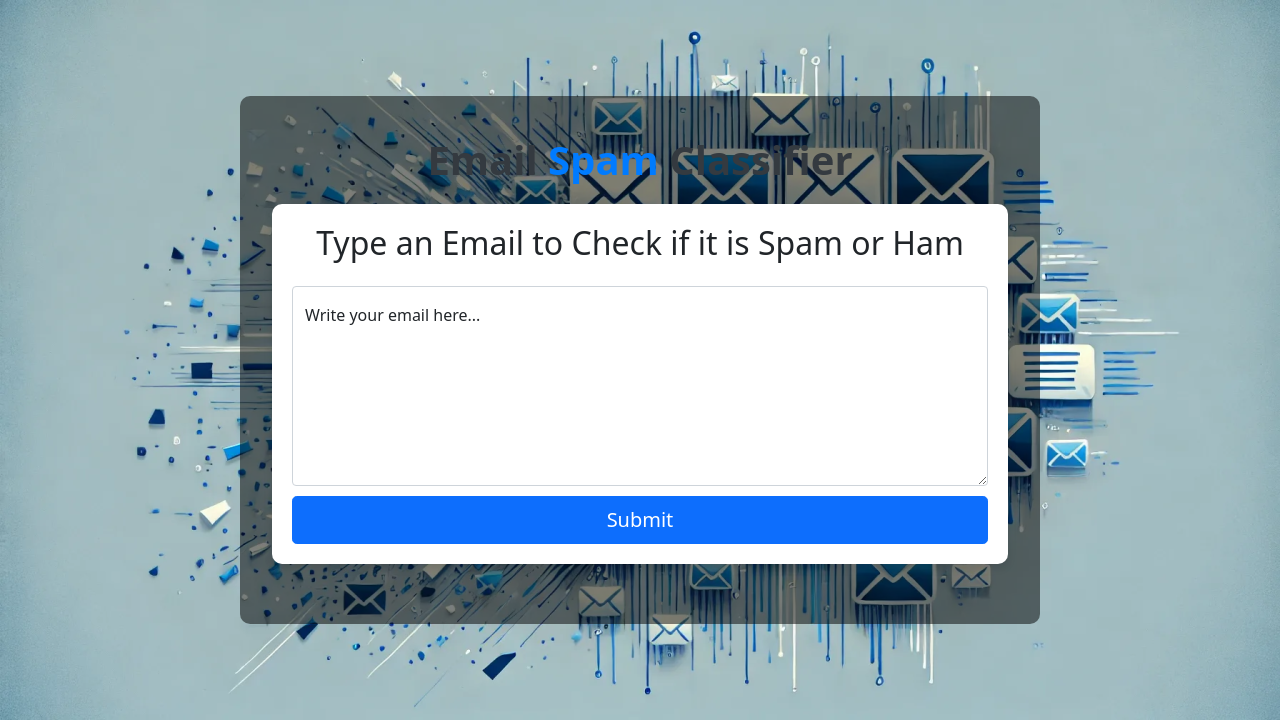
Repository: Pradnya-07/Spam_Email_Detection
Page: templates/index.html
An editor plug-in stored every save of this project. The page is shown before and after the next save, followed by the edit.
The browser window is 1280 px wide. The pictures show the whole page.
The page is served by the project's application, run on Flask 3 (app.py). The template is opened directly, without the code that normally fills it, so the values that code supplies are empty.

Above is the page before, as saved 2025-05-02 16:03:58.

### templates/index.html
<!doctype html>
<html lang="en">

<head>
  <!-- Required meta tags -->
  <meta charset="utf-8">
  <meta name="viewport" content="width=device-width, initial-scale=1">

  <!-- Bootstrap CSS -->
  <link href="https://cdn.jsdelivr.net/npm/bootstrap@5.0.0-beta2/dist/css/bootstrap.min.css" rel="stylesheet"
    integrity="sha384-BmbxuPwQa2lc/FVzBcNJ7UAyJxM6wuqIj61tLrc4wSX0szH/Ev+nYRRuWlolflfl" crossorigin="anonymous">

  <title>Email Spam Classifier</title>

  <style>
   .background {
    background-image: url("{{ url_for('static', filename='images/spamimg.png') }}");
    background-size: cover;
    background-position: center;
    height: 100vh;
    display: flex;
    justify-content: center;
    align-items: center;
  }

  .content {
      background-color: rgba(0, 0, 0, 0.5);
      padding: 20px;
      border-radius: 10px;
      width: 80%;
      max-width: 800px;
    }

    .navbar {
      margin-bottom: 20px;
    }

    .form-container {
      max-width: 800px;
      margin: auto;
      background: #ffffff;
      padding: 20px;
      border-radius: 10px;
      box-shadow: 0 4px 8px rgba(0, 0, 0, 0.1);
    }

    .btn-primary {
      margin-top: 10px;
      transition: background-color 0.3s ease;
    }

    .btn-primary:hover {
      background-color: #0056b3;
    }

    .page-title {
      text-align: center;
      font-size: 2.5rem;
      font-weight: bold;
      color: #343a40;
      margin-top: 20px;
      margin-bottom: 20px;
    }

    .page-title span {
      color: #007bff;
    }

    .container {

      margin-bottom: 40px;
    }

    .spam-image {
      max-width: 100%;
      height: auto;
      margin-top: 20px;
      border: 1px solid #ddd;
      border-radius: 4px;
    }

    body,
    html {
      margin: 0;
      padding: 0;
      height: 100%;
    }


  </style>
</head>

<body>

  <div class="background">
    <div class="content">

      <!-- Title -->
      <div class="container">

        <h1 class="page-title">Email <span>Spam</span> Classifier</h1>


        <!-- Input form -->
        <div class="form-container">
          <h2 class="text-center mb-4">Type an Email to Check if it is Spam or Ham</h2>

          <form action="/" method="POST">
            <div class="form-floating">
              <textarea class="form-control" placeholder="Write your mail here.." id="email" name="email"
                style="height: 200px"></textarea>
              <label for="email">Write your email here...</label>
            </div>
            <button class="w-100 btn btn-lg btn-primary">Submit</button>
          </form>
        </div>
      </div>
    </div>
  </div>
</body>

</html>

### app.py
from flask import Flask
from flask import render_template,request

app = Flask(__name__)


@app.route("/")
def home():
    content = 'Flask-Jinja-Test'
    return render_template(
        "hello.html",
        title='Hello',
        content=content
    )


@app.route('/', methods=["GET", "POST"])
def main_function():
    if request.method == "POST":
        text = request.form
        emails = text['email']
        output = "Received: " + emails
        return render_template("show.html", prediction=output)
    else:
        return render_template("index.html")

@app.route("/handled")
def bad_route_handled():
    try:
        raise ArithmeticError('Hello')
    except Exception:
        pass
    return render_template(
        "hello.html",
        title='Hello',
        content='Flask-Jinja-Test'
    )


@app.route("/unhandled")
def bad_route_unhandled():
    raise ArithmeticError('Hello')
    return render_template(
        "hello.html",
        title='Hello',
        content='Flask-Jinja-Test'
    )


@app.route("/bad_template")
def bad_template():
    return render_template(
        "bad.html",
        title='Bad',
       content='Flask-Jinja-Test'
    )


@app.route("/exit")
def exit_app():
    from flask import request
    func = request.environ.get('werkzeug.server.shutdown')
    if func is None:
        raise RuntimeError('No shutdown')
    func()
    return 'Done'


if __name__ == '__main__':
    app.run()

After the next save:
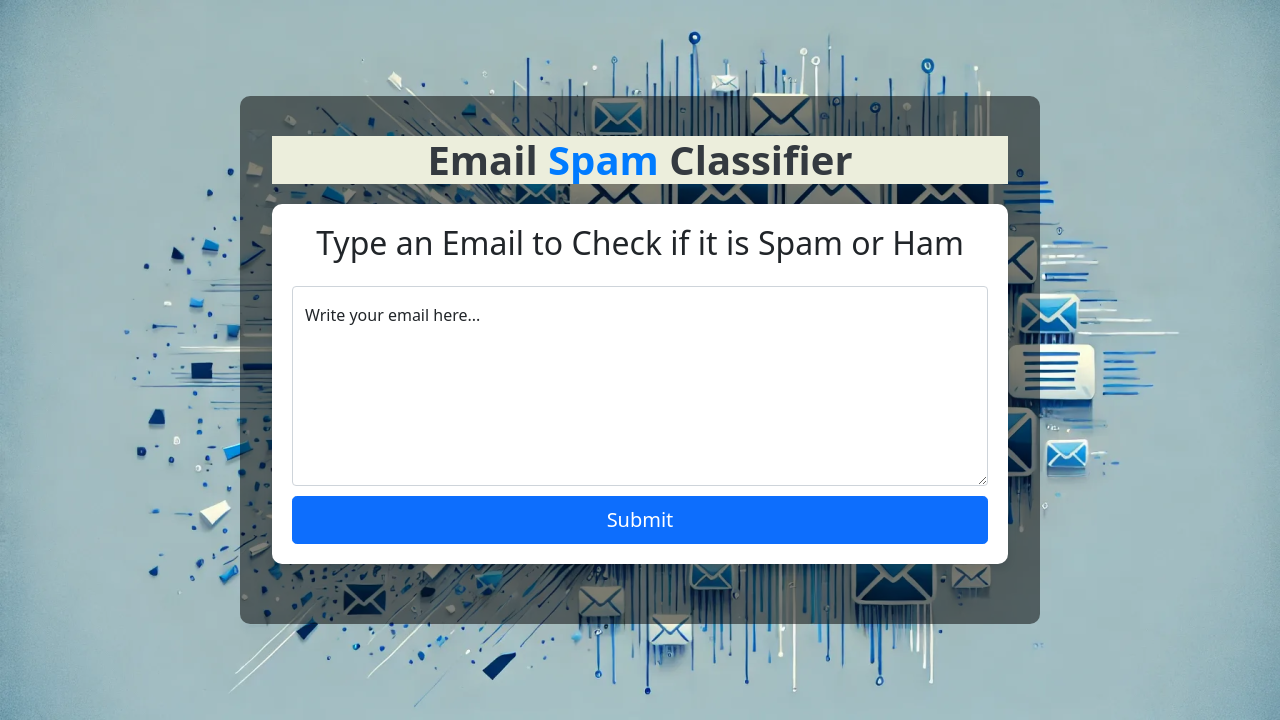
Saved 5 min 38 s later.
--- a/templates/index.html
+++ b/templates/index.html
@@ -60,6 +60,7 @@
       color: #343a40;
       margin-top: 20px;
       margin-bottom: 20px;
+      background-color: #eceedc;
     }
 
     .page-title span {
